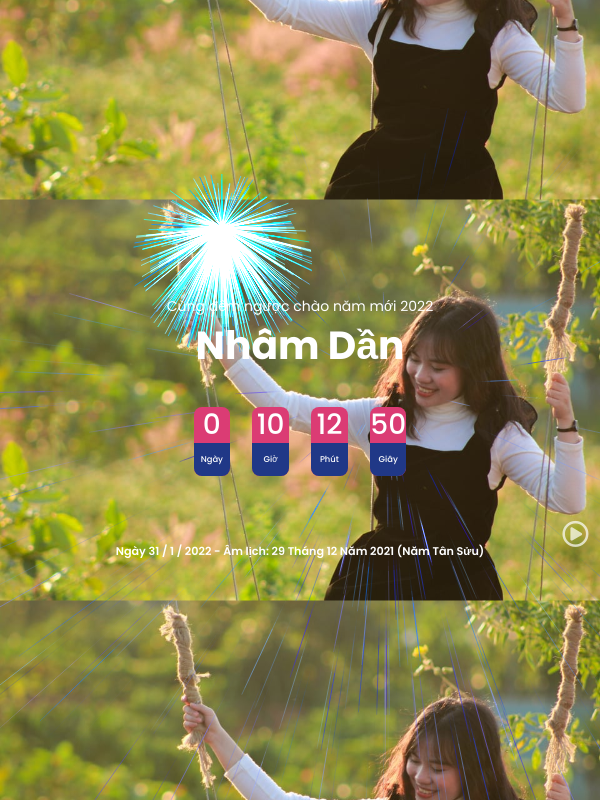
Repository: nguyenban1903/nguyenban1903.github.io
Page: huonggiangcountdown/index.html
The author's editor kept a copy of each file at every save. The page is drawn from the files as they stood at one save, then again after a run of saves.
The browser window is 600 px wide. The pictures show the whole page.
Some web libraries are served in a nearby version.

Above is the page before, as saved 2022-01-31 17:58:37.

After the next 2 saves:
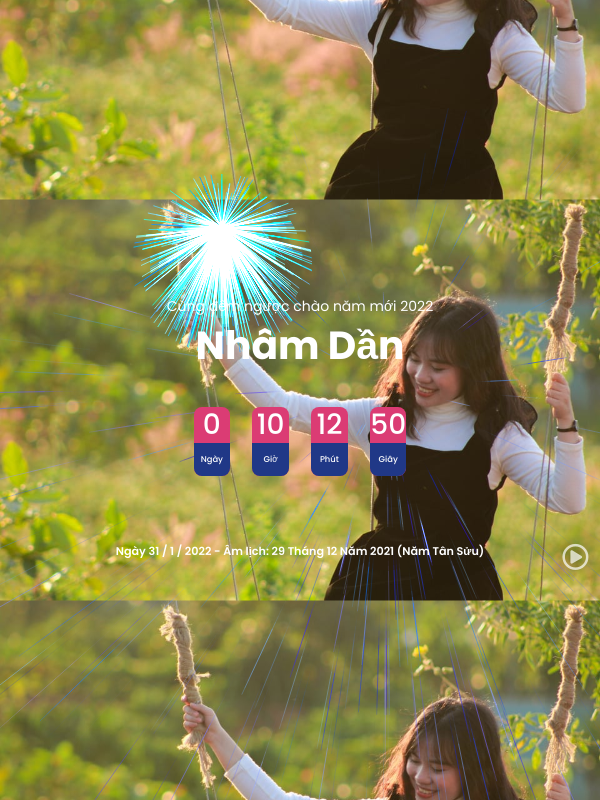
The 2 saves are shown as one change because they came seconds apart.
The last was saved 34 s later.
--- a/huonggiangcountdown/assets/css/style.css
+++ b/huonggiangcountdown/assets/css/style.css
@@ -230,7 +230,7 @@ body {
     font-weight: 600;
   }
   .musics {
-    bottom: 45em;
+    bottom: 41em;
     right: 2em;
   }
   .musics > i {
